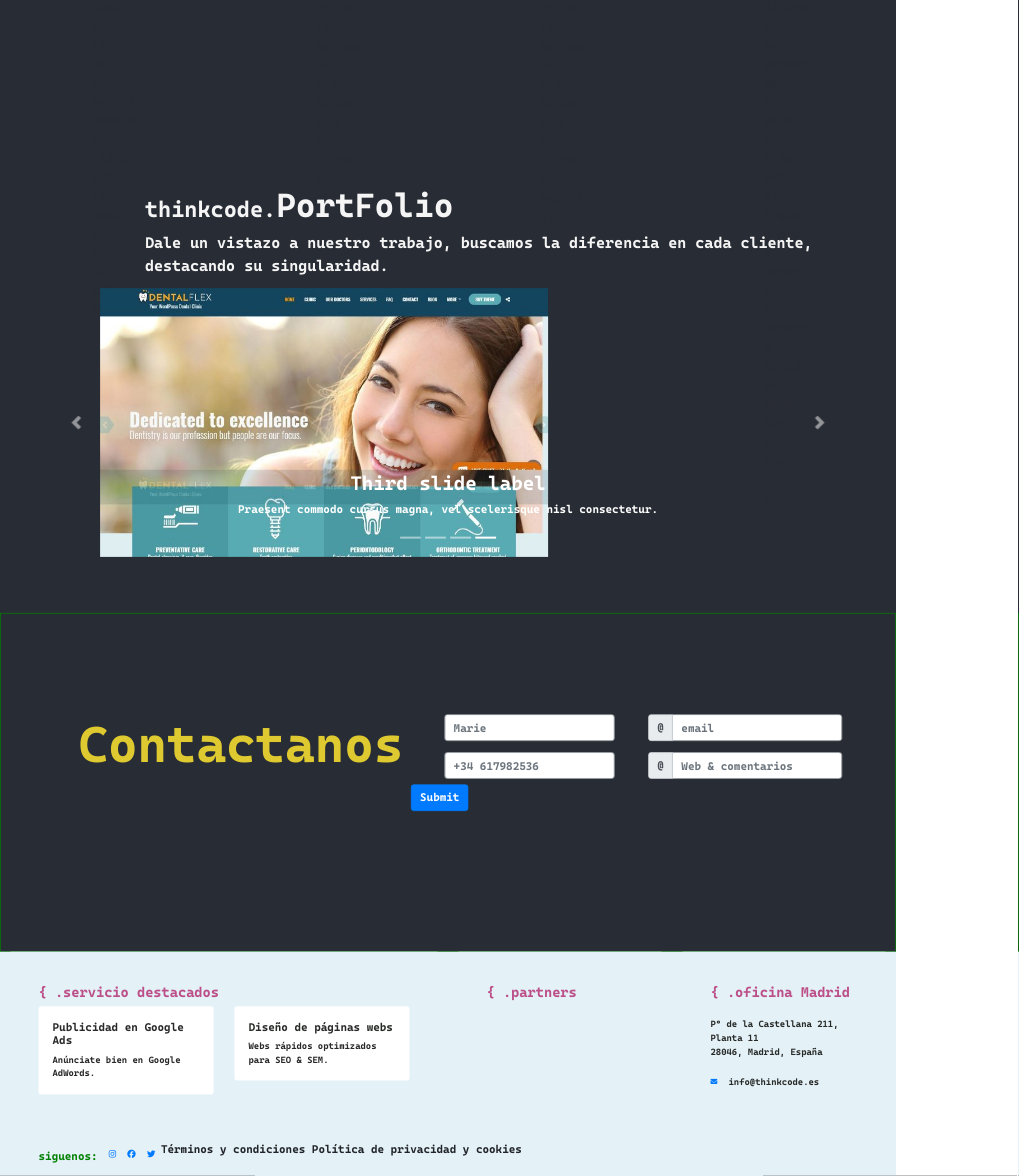
Repository: banchiec/thinkcode
Page: /
The author's editor kept a copy of each file at every save. The page is drawn from the files as they stood at one save, then again after the next save.
The browser window is 1280 px wide. The page is 1455 px wide, so the pictures cover 1455 px, including what lies to the right of the window. The pictures show the part of the page from y = 1971 to 3651 px (the page is 3651 px tall before and 3649 px after), at 70% of full size.
Some web libraries are served in a nearby version. The project was rebuilt for these pictures with package versions that can differ from the ones it lists, and the page was loaded fresh each time. Also part of the build but not shown: src/components/MenuItems.js, src/components/Dropdownthink.css, src/components/Dropdownthink.js, src/components/pages/Consulting.js, src/components/pages/ContactUs.js, src/components/pages/Marketing.js, src/components/pages/Products.js, src/components/pages/Services.js and 1 more. Imported but missing from the stored project, and not drawn on this page: src/components/sliderInfo/SliderInfo.

Above is the page before, as saved 2020-11-30 15:12:13.

### public/index.html
<!DOCTYPE html>
<html lang="en">
  <head>
    <meta charset="utf-8" />
    <link rel="icon" href="%PUBLIC_URL%/favicon.ico" />
    <meta name="viewport" content="width=device-width, initial-scale=1" />
    <meta name="theme-color" content="#000000" />
    <meta
      name="description"
      content="Web site created using create-react-app"
    />
    <link rel="apple-touch-icon" href="%PUBLIC_URL%/logo192.png" />

    <!-- fontawesome -->
    <script src="https://kit.fontawesome.com/e7a02c1b14.js" crossorigin="anonymous"></script>
    <!-- jquery -->
    <script src="https://code.jquery.com/jquery-2-2.0.min.js"></script>
    <!--
      manifest.json provides metadata used when your web app is installed on a
      user's mobile device or desktop. See https://developers.google.com/web/fundamentals/web-app-manifest/
    -->
    <link rel="manifest" href="%PUBLIC_URL%/manifest.json" />
    <!--
      Notice the use of %PUBLIC_URL% in the tags above.
      It will be replaced with the URL of the `public` folder during the build.
      Only files inside the `public` folder can be referenced from the HTML.

      Unlike "/favicon.ico" or "favicon.ico", "%PUBLIC_URL%/favicon.ico" will
      work correctly both with client-side routing and a non-root public URL.
      Learn how to configure a non-root public URL by running `npm run build`.
    -->
    <title>React App</title>
  </head>
  <body>
    <noscript>You need to enable JavaScript to run this app.</noscript>
    <div id="root"></div>
    <!--
      This HTML file is a template.
      If you open it directly in the browser, you will see an empty page.

      You can add webfonts, meta tags, or analytics to this file.
      The build step will place the bundled scripts into the <body> tag.

      To begin the development, run `npm start` or `yarn start`.
      To create a production bundle, use `npm run build` or `yarn build`.
    -->


  </body>
</html>

### src/index.css
body {
  margin: 0;
  font-family: -apple-system, BlinkMacSystemFont, 'Segoe UI', 'Roboto', 'Oxygen',
    'Ubuntu', 'Cantarell', 'Fira Sans', 'Droid Sans', 'Helvetica Neue',
    sans-serif;
  -webkit-font-smoothing: antialiased;
  -moz-osx-font-smoothing: grayscale;
}

code {
  font-family: source-code-pro, Menlo, Monaco, Consolas, 'Courier New',
    monospace;
}
@font-face{
  font-family: 'CascadiaCode-Bold';
  src: local('CascadiaCode-Bold'), url(./fonts/CascadiaCode-Bold.ttf)
}

### src/App.js
import './App.css';
// import logo_thinkcode from './logo_thinkcode.png'
import React, {} from 'react'
import 'animate.css'
import Navbarthink from './components/Navbarthink'
import InfoSection from './components/infoSection/InfoSection'
import Pricing from './components/pricing/Pricing'
import Footer from './components/footer/Footer'
import Slide from './components/slide/Slide'
import FormContact from './components/forms/FormContact'
import {BrowserRouter as Router, Switch, Route} from 'react-router-dom'


// import Button  from 'react-bootstrap/Button'
// import 'bootstrap/dist/css/bootstrap.min.css'

// import {Navbar,Button, Nav , NavLink} from 'react-bootstrap'

import Consulting from './components/pages/Consulting'
import ContactUs from './components/pages/ContactUs'
import Home from './components/pages/Home'
import Marketing from './components/pages/Marketing'
import Products from './components/pages/Products'
import Services from './components/pages/Services'
import SignUp from './components/pages/SignUp'
// import InfoSection from './components/infoSection/InfoSection';

function App() {

  // const [click, setClick] = useState(false)
  // const [dropdown, setDropdown] = useState(false)




  return (
    <div className="App">
      <Router>
        <Navbarthink/>
        <Switch>
          <Route path='/consulting' exact component ={Consulting}></Route>
          <Route path='/contact-us' exact component ={ContactUs}></Route>
          <Route path='/' exact component ={Home}></Route>
          <Route path='/marketing' exact component ={Marketing}></Route>
          <Route path='/products' exact component ={Products}></Route>
          <Route path='/services' exact component ={Services}></Route>
          <Route path='/sign-up' exact component ={SignUp}></Route>
        </Switch>
        <InfoSection></InfoSection>
        <Pricing></Pricing>
        <Slide/>
        <FormContact></FormContact>
        <Footer/>
      </Router>

    </div>
  );
}

export default App;

### src/App.css
*{
  box-sizing: border-box;
  margin: 0;
  padding: 0;
  font-family: CascadiaCode-Bold;
  /* background: #282c34 ; */
  /* background: linear-gradient(90deg, rgb(76, 80, 88) 100%, rgb(8, 8, 9) 0%); */
}

.App {
  text-align: center;
  background: #282c34 ;
}

.App-logo {
  height: 40vmin;
  pointer-events: none;
}

.home, .services, .products,.contact-us,.sign-up, .marketing, .consulting{
  display: flex;
  height: 90vh;
  align-items: center;
  justify-content: center;
  font-size: 3rem;
}





@media (prefers-reduced-motion: no-preference) {
  .App-logo {
    animation: App-logo-spin infinite 20s linear;
  }
}

.App-header {
  background-color: #282c34;
  min-height: 100vh;
  display: flex;
  flex-direction: column;
  align-items: center;
  justify-content: center;
  font-size: calc(10px + 2vmin);
  color: white;
}

.App-link {
  color: #61dafb;
}

@keyframes App-logo-spin {
  from {
    transform: rotate(0deg);
  }
  to {
    transform: rotate(360deg);
  }
}

### src/components/Navbarthink.js
import React, { useState} from 'react'
import logo_thinkcode from '../images/logo_thinkcode.png'
// import logo_thinkcode from '../images/logo_thinkcode.png'
import { Buttonthink} from './Buttonthink'
import {Link} from 'react-router-dom'
import './Navbarthink.css'
import Dropdownthink from './Dropdownthink'

export default function Navbarthink(){
    const [click, setClick] = useState(false)
    const [dropdown, setDropdown] = useState(false)

    const handleClick = () => setClick(!click)
    const closeMobileMenu = () => setClick(false)

    const onMouseEnter = () =>{
        if(window.innerWidth < 960) {
        setDropdown(false)
        } else {
        setDropdown(true)
        }
    }
    const onMouseLeave = () =>{
        if(window.innerWidth < 960) {
        setDropdown(false)
        } else {
        setDropdown(false)
        }
    }

    return(
        <>
            <nav className="navbarthink">
                <Link to='/' className="navbar-logo">
                    {/* thinkcode */}
                    <img alt="" src={logo_thinkcode} width="300" height="40"></img>
                </Link>
                <div className='menu-icon' onClick={handleClick}>
                    <i className={click ? 'fas fa-times' : 'fas fa-bars'}
                    />
                </div>
                <ul className={ click ? 'nav-menu active' : 'nav-menu'}>

                    <li className='nav-item'>
                        <Link to='/' className='nav-links' onClick={closeMobileMenu}>
                            Home
                        </Link>
                    </li>
                    <li className='nav-item'
                        onMouseEnter={onMouseEnter}
                        onMouseLeave={onMouseLeave}
                        // onClick={handleClick}
                        >
                        <Link to='/services' className='nav-links' onClick={closeMobileMenu}>
                           Services
                           <i className='fas fa-caret-down' />
                        </Link>
                        {dropdown && <Dropdownthink/>}
                    </li>
                    <li className='nav-item'>
                        <Link to='/products' className='nav-links' onClick={closeMobileMenu}>
                            Products
                        </Link>
                    </li>
                    <li className='nav-item'>
                        <Link to='/contact-us' className='nav-links' onClick={closeMobileMenu}>
                           Contact Us
                        </Link>
                    </li>
                    <li className='nav-item'>
                        <Link to='/sign-up' className='nav-links-mobile' onClick={closeMobileMenu}>
                           Sign up
                        </Link>
                    </li>

                </ul>
                <Buttonthink />
            </nav>
        </>
    )

}

### src/components/forms/FormContact.js
import React from 'react'
import './FormContact.css'
import { Container, Col, Row, Form, InputGroup,Button, FormControl } from 'react-bootstrap'

export default function FormContact() {
    return (
        <div className ="container-formContact">
            <Container fluid >
                <Row>
                    <Col lg ={4} md={4}>
                        <div className="text-contactanos">
                           <h1 className= "display-3">Contactanos</h1>
                        </div>
                    </Col>
                    <Col lg={8} className ="container-form" md={8}>
                        <Form inline className="form-inline">
                            <Form.Label htmlFor="inlineFormInputName2" className="" srOnly>
                                Name
                            </Form.Label>
                            <Form.Control
                                className="mb-2 mr-sm-5 ml-5"
                                id="inlineFormInputName2"
                                placeholder="Marie"
                            />
                            <Form.Label htmlFor="inlineFormInputGroupUsername2" srOnly>
                                email
                            </Form.Label>
                            <InputGroup className="mb-2 mr-sm-2">
                                <InputGroup.Prepend>
                                <InputGroup.Text>@</InputGroup.Text>
                                </InputGroup.Prepend>
                                <FormControl id="inlineFormInputGroupUsername2" placeholder="email" />
                            </InputGroup>
                        </Form>
                        <Form inline className="form-inline">
                            <Form.Label htmlFor="inlineFormImputName3" srOnly>
                                phone
                            </Form.Label>
                            <Form.Control
                                className="ml-5 "
                                id="inlineFormImputName3"
                                placeholder="+34 617982536"
                            />
                            <Form.Label htmlFor="inlineFormInputGroupUsername3" srOnly>
                                Web & comentarios
                            </Form.Label>
                            <InputGroup className="mb-2 mt-2 mr-sm-2 ml-5">
                                <InputGroup.Prepend>
                                <InputGroup.Text>@</InputGroup.Text>
                                </InputGroup.Prepend>
                                <FormControl id="inlineFormInputGroupUsername3" placeholder="Web & comentarios" />
                            </InputGroup>
                            <Button type="submit" className="mb-2">
                                Submit
                            </Button>

                        </Form>
                    </Col>
                </Row>

            </Container>

        </div>
    )
}

### src/components/pages/Home.js
import React,{useEffect} from 'react'
import '../sliderInfo/SliderInfo'

export default function Home() {

    useEffect(()=>{
    })
    return (
        <div>
            {/* <InfoSection></InfoSection> */}
            {/* <Pricing></Pricing> */}
            {/* <Slide/> */}
            {/* <Footer/> */}

           {/* <h1 className='consulting' >Thinkcode</h1> */}
        </div>
    )
}

### src/components/Buttonthink.js
import React  from 'react'
import './Buttonthink.css'
import {Link} from 'react-router-dom'

export function Buttonthink() {
        return (
            <Link to ='sing-up'>
               <button className='btnthink'>Sign think </button>
            </Link>
        )
}

### src/components/Navbarthink.css
.navbarthink{
  /* background: linear-gradient(9deg, rgb(66, 80, 88) 0%, rgb(8, 8, 9) 100%); */
  background: #282c34;

  height: 80px;
  display: flex;
  justify-content: center;
  align-items: center;
  font-size: 1.2rem;
}

.navbar-logo {
  color: #fff;
  justify-self: start;
  margin-left: 40px;
  cursor: pointer;
  text-decoration: none;
}

.fa-firstdraft {
  margin-left: 0.5rem;
  font-size: 1.6rem;
}

.nav-menu {
  display: grid;
  grid-template-columns: repeat(5, auto);
  grid-gap: 10px;
  list-style: none;
  text-align: center;
  width: 70vw;
  justify-content: end;
  margin-right: 2rem;
}

.nav-item {
  display: flex;
  align-items: center;
  height: 80px;
}

.nav-links {
  color: white;
  text-decoration: none;
  padding: 0.5rem 1rem;
}

.nav-links:hover {
  background-color: #1888ff;
  border-radius: 4px;
  transition: all 0.2s ease-out;
}

.fa-bars {
  color: #fff;
}

.nav-links-mobile {
  display: none;
}

.menu-icon {
  display: none;
}

@media screen and (max-width: 960px) {
  /* .text-propuesta {
    margin-top: 12rem;
  } */

  .fa-caret-down {
    display: none;
  }
  .NavbarItems {
    position: relative;
  }

  .nav-menu {
    display: flex;
    flex-direction: column;
    width: 100%;
    height: 90vh;
    position: absolute;
    top: 80px;
    left: -100%;
    opacity: 1;
    transition: all 0.9s ease;
  }

  .nav-menu.active {
    background: #2a2c30;
    left: 0;
    opacity: 1;
    transition: all 0.5s ease;
    z-index: 1;
  }

  .nav-links {
    text-align: center;
    padding: 2rem;
    width: 100%;
    display: table;
  }

  .nav-links:hover {
    background-color: #1888ff;
    border-radius: 0;
  }

  .navbar-logo {
    position: absolute;
    top: 0;
    left: 0;
    transform: translate(25%, 50%);
  }

  .menu-icon {
    display: block;
    position: absolute;
    top: 0;
    right: 0;
    transform: translate(-100%, 60%);
    font-size: 1.8rem;
    cursor: pointer;
  }

  .fa-times {
    color: #fff;
    font-size: 2rem;
  }

  .nav-links-mobile {
    display: block;
    text-align: center;
    padding: 1.5rem;
    margin: 2rem auto;
    border-radius: 4px;
    width: 80%;
    background: #1888ff;
    text-decoration: none;
    color: #fff;
    font-size: 1.5rem;
  }

  .nav-links-mobile:hover {
    background: #fff;
    color: #1888ff;
    transition: 250ms;
  }

  button {
    display: none;
  }
}

### src/components/infoSection/infoSection.css
.content-infoSection {
    /* padding: 0; */
    margin-top: 150px;
    background: #282c34 ;
    height: 700px;
    /* border: 1px solid rebeccapurple; */
}
.content-text-infoSection {
    margin-left: 12rem;
    margin-top: 8rem;
    text-align: start;
    /* border: 0; */
    /* padding: 0; */
    /* border: 1px solid whitesmoke; */
    color: whitesmoke;
}
.imagensvg-infoSection {
    padding: 0;
    /* border-right: 5px; */
    width: 800px;

}
.text-title-infoSection{
    font-size: 3rem;
    /* size: 12px; */
}
.text-infoSection {
    font-size: 22px;
}
@media screen and (max-width: 960px) {
    .content-infoSection {
        margin-top: 0px;
    }
    .text-infoSection{
        margin-top: 3rem;
        margin-left: 1rem;
        margin-right: 1rem;
    }
    .imagensvg-infoSection{
        margin-top: 5rem;
        width: 500px;
    }
    .content-text-infoSection {
        margin-left: 1rem;
    }
    .text-propuesta {
        margin-top: 15rem;
    }

}

### src/components/pricing/Pricing.css
.container-pricing {
    /* background-color: whitesmoke; */
    /* border: 1px solid white; */
    /* height:  800px; */
    background: linear-gradient(90deg, rgb(76, 80, 88) 100%, rgb(66, 66 66) 0%);
    /* z-index: -1; */
}
.container-card{
    padding-top: 4rem;
    align-content: center;
    padding: auto;
    text-align: start;
    /* height: 600px; */
    /* background-color: violet; */
    /* color: transparent; */
}
.card-pricing {
    /* width: 34rem; */
    margin-left: 5rem;
    background: #deca30;
    /* background: #3b4454; */
    /* background: linear-gradient(90deg, rgb(224, 242, 241) 0%, rgb(255, 255, 255) 100%); */
    margin-right: 3rem;
    height: 52rem;
}
.card-left {
    margin-top: 4rem;
}
.card-right {
    margin-top: 4rem;
}
.card-button {
    /* margin-top: 3rem; */
    /* margin-left: 13rem; */
    position: absolute;
    right: 13px;
    bottom: 18px;
    color: whitesmoke;
}
.text-card {
    padding-top: 1.5rem;
    padding-left: 1rem;
    padding-right: 2.5rem;
    color: #282c34;
    font-size: 18px;
}
.image-pricing {
    height: 15rem;
    width: 80%;
    align-self: center;
}
.title-card {
    /* padding-top: 0.2rem; */
    padding-left: 1rem;
    color: #282c34;
    font-size: 28px;
}
.text-propuesta {
    margin: 0 0.5rem;
    animation: bounce;
    animation-duration: 2s;
    color: whitesmoke;
    font-size: 3rem;
}

@media screen and (max-width: 960px){
    .text-propuesta{
        margin-top: 12rem;
    }
}

### src/components/footer/Footer.css
.container-footer {
    border: 0;
    /* padding: 0; */
    /* border: 1px solid green; */
    height: auto;
    background: #e4f1f7;
}
.card{
    /* padding-bottom: 22px; */
    border: 0;
    /* background: white; */
    text-align: left;
    font-size: small;
    width: auto;
    /* background: #deca30; */
}
.card-footer {
    padding-top: 10px;
    padding-bottom: 22px;
    border: 0;
    color: #282a28;
    background: #e4f1f7;
}
.text-card-footer  {
    padding: 0;
    margin-top: 1.5rem;
    font-size: small;
    text-align: start;
}
.title-footer{
    text-align: left;
    font-size: medium;
}
.title-card-footer {
    margin-top: 1rem;
    text-align: left;
    color: #bc4f88;
}
.pin-ic{
    margin-top: 12px;
    margin: 8px;
    position:center;
}

.pin-ic-enveloped{
    margin-top: 12px;
    /* margin: 8px; */
    margin-right: 1rem;
    position:center;
}
.iconos-redes-sociales{
    position: relative;
    margin-left: 2.5rem;
}
.text-siguenos{
    margin-top: 10px;
    margin-right: 8px;
    color: green;

}

### src/components/slide/Slide.css
.container-slider {
    margin-top: 10rem;
    border-top: 5rem;
    margin-bottom: 5rem;
}
.d-block {
    margin-left: 8rem;
    width: 40rem;
    height: 24rem;
    /* border:1px solid green; */
}

.container-secundary-slider .d-block {
    width: 20rem;
    height: 12rem;
    margin-left: 2rem;


}
.carousel-large {
    width: 100%;
}
@media screen and (max-width: 960px) {
    .d-block {
        margin-left: auto;
    }

}

### src/components/forms/FormContact.css
.container-formContact {
    border:1px solid green;
    /* background:  ; */
}
.container-form {
    /* border:1px solid green; */
    /* margin: 5rem; */
    margin-top: 5rem;
    margin-bottom: 8rem;
    padding: 4rem;

    /* margin-left: 10rem; */
}
.text-contactanos {
    /* border: 1px solid green; */
    padding: 4rem;
    /* margin-right: 10rem ; */
    margin-left: 2rem;
    margin-top: 5rem;
    font-size: 4rem;
    color: #deca30;


}
.form-inline {
    margin-left: 6rem;

}

### src/components/Buttonthink.css
:root{
    --primary: #1888ff;
}
.btnthink{
    padding: 8px 20px;
    border-radius: 4px;
    outline: none;
    border: none;
    font-size: 18px;
    color: #fff;
    cursor: pointer;
    background-color: var(--primary);
}
.btnthink:hover {
    padding: 6px 18px;
    transition: all 1.5s ease-out;
    background-color: transparent;
    color: #2a2a2a;
    border-radius: 4px;
    border: 2px solid var(--primary)
}

Loaded but not shown: src/index.js (common file); src/components/footer/Footer.js (102 lines, source omitted); src/components/pricing/Pricing.js (84 lines, source omitted); src/components/slide/Slide.js (84 lines, source omitted); src/components/infoSection/InfoSection.js (63 lines, source omitted)

After the next save:
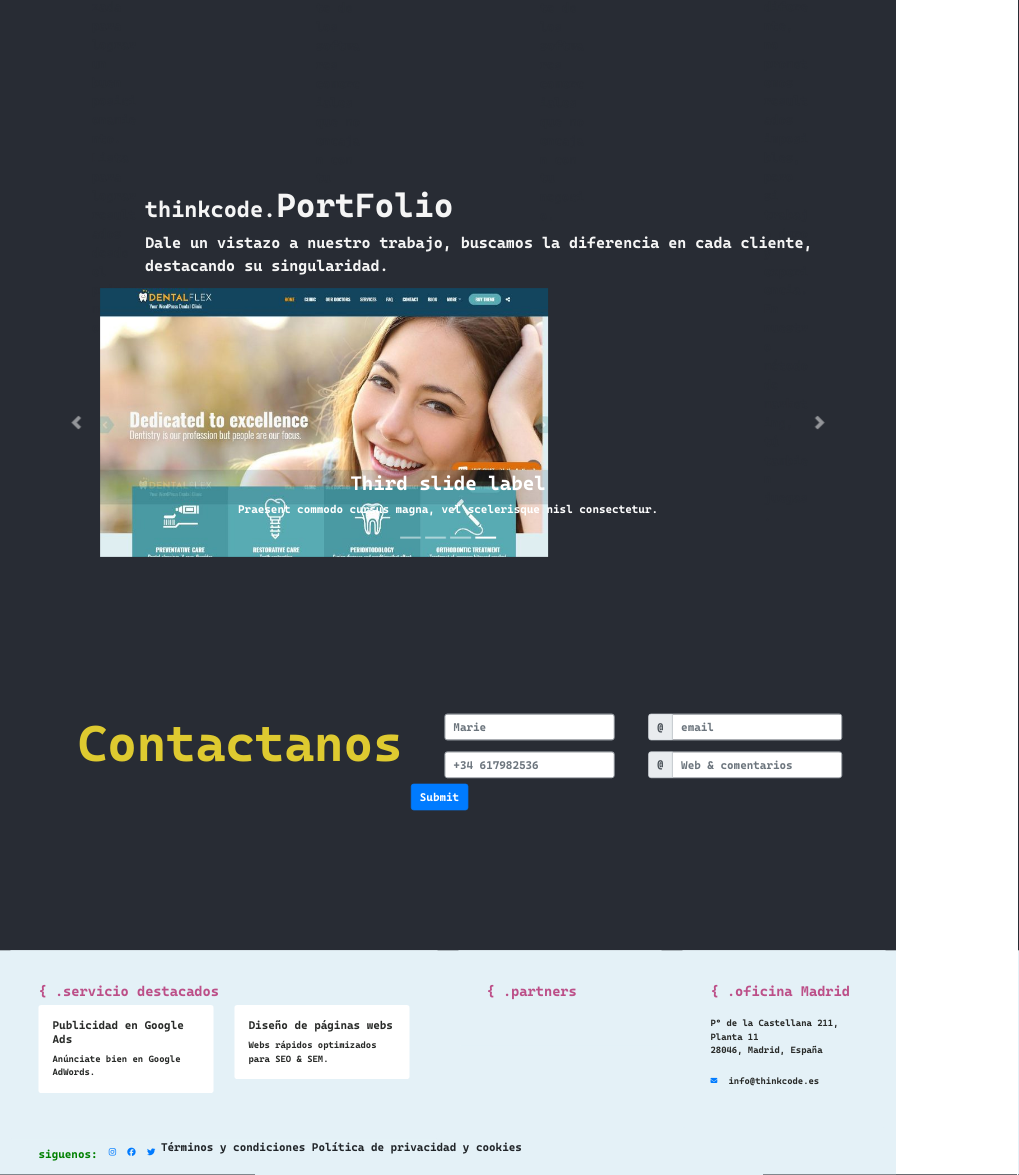
Saved 5 s later.
--- a/src/components/forms/FormContact.css
+++ b/src/components/forms/FormContact.css
@@ -1,5 +1,5 @@
 .container-formContact {
-    border:1px solid green;
+    /* border:1px solid green; */
     /* background:  ; */
 }
 .container-form {
